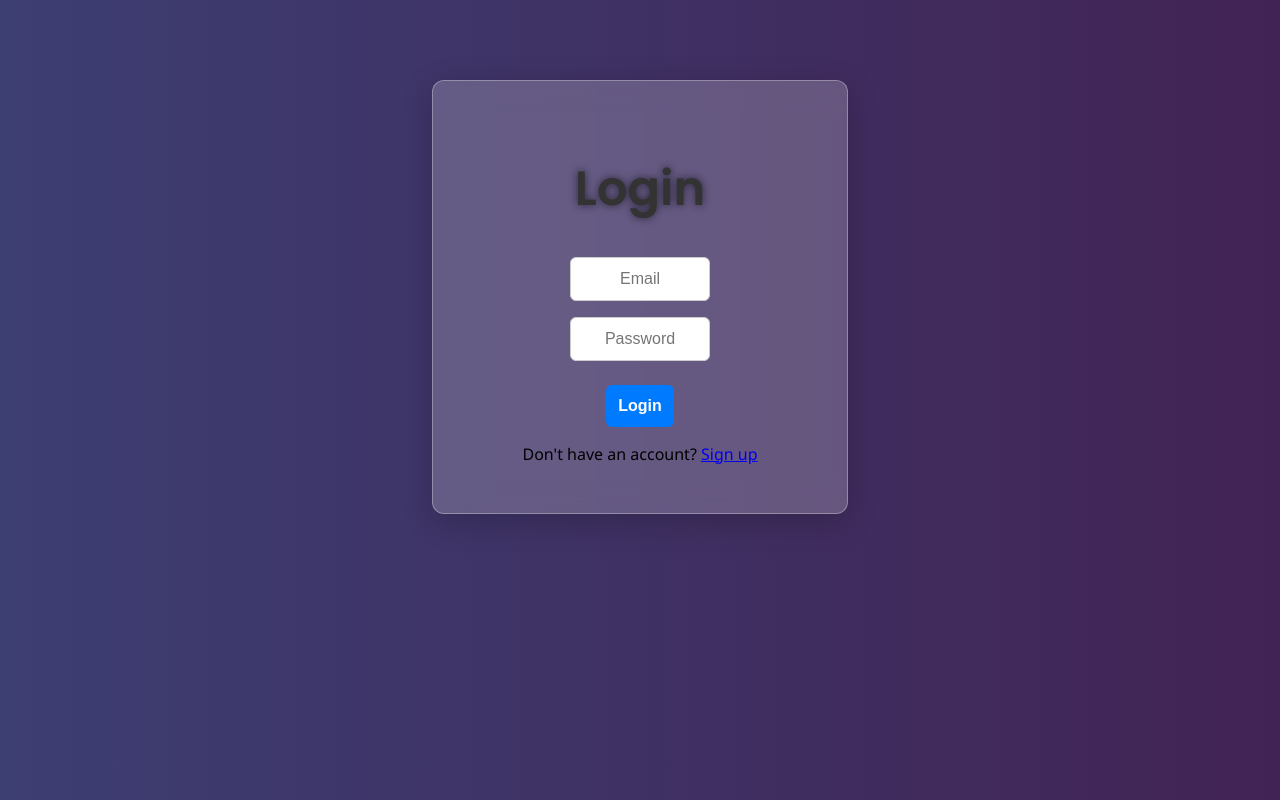
Repository: whoaditi/Hackhazard-Trio
Page: /
The author's editor kept a copy of each file at every save. The page is drawn from the files as they stood at one save, then again after a run of saves.
The browser window is 1280 px wide. The pictures show the whole page.
The project was rebuilt for these pictures with package versions that can differ from the ones it lists, and the page was loaded fresh each time. Also part of the build but not shown: vite.config.js, src/components/FormInput.jsx, src/pages/signUp.jsx, src/services/firebase.js, src/components/HabitCard.jsx, src/components/Header.jsx, src/pages/Dashboard.jsx.

Above is the page before, as saved 2025-04-26 23:00:46.

### src/App.jsx
// src/App.jsx
import React from 'react';
import { BrowserRouter as Router, Routes, Route } from 'react-router-dom';
import Login from './pages/Login';
import Signup from './pages/signUp';
import Dashboard from './pages/Dashboard';
import './styles/app.css'; // Import the styles

function App() {
  return (
    <Router>
      <div className="app-container">
        <Routes>
          {/* Route for the Login page */}
          <Route path="/" element={<Login />} />

          {/* Route for the Signup page */}
          <Route path="/signup" element={<Signup />} />

          {/* Route for the Dashboard page */}
          <Route path="/dashboard" element={<Dashboard />} />
        </Routes>
      </div>
    </Router>
  );
}

export default App;

### src/pages/Login.jsx
import { useState } from 'react';
// import { signInWithEmailAndPassword } from 'firebase/auth';
// import { auth } from '../services/firebase';
import { useNavigate } from 'react-router-dom';
import '../styles/app.css';

function Login() {
  const [error, setError] = useState('');
  const navigate = useNavigate();

  const handleLogin = async (e) => {
    e.preventDefault();
    setError('');
    const email = e.target.email.value;
    const password = e.target.password.value;

    try {
      await signInWithEmailAndPassword(auth, email, password);
      navigate('/dashboard');
    } catch (err) {
      setError('Invalid email or password.');
    }
  };

  return (
    <div className="container">
      <h2>Login</h2>
      <form onSubmit={handleLogin}>
        <input type="email" name="email" placeholder="Email" required /><br />
        <input type="password" name="password" placeholder="Password" required /><br />
        {error && <p style={{ color: 'red' }}>{error}</p>}
        <button type="submit">Login</button>
      </form>
      <p>Don't have an account? <a href="/signup">Sign up</a></p>
    </div>
  );
}

export default Login;

### src/styles/app.css
@import url('https://fonts.googleapis.com/css2?family=Poppins:wght@400;600&display=swap');


/* === Body Styling with Animated Background === */
body {
  margin: 0;
  padding: 0;
  font-family: 'Segoe UI', Tahoma, Geneva, Verdana, sans-serif;
  background: linear-gradient(270deg, #431d4e, #346da6, #431d4e);
  background-size: 600% 600%;
  animation: gradientAnimation 15s ease infinite;
  min-height: 100vh;
  position: relative;
  overflow-x: hidden;
}

/* Animate Background */
@keyframes gradientAnimation {
  0% {
    background-position: 0% 50%;
  }
  50% {
    background-position: 100% 50%;
  }
  100% {
    background-position: 0% 50%;
  }
}

/* === Container Styling === */
.container {
  width: 350px;
  margin: 5rem auto;
  padding: 2rem;
  background: rgba(255, 255, 255, 0.2); /* More transparent (20% white) */
  box-shadow: 0px 8px 32px 0 rgba(0, 0, 0, 0.2); /* subtle shadow */
  border-radius: 12px;
  text-align: center;
  backdrop-filter: blur(15px); /* stronger blur */
  -webkit-backdrop-filter: blur(15px); /* Safari support */
  border: 1px solid rgba(255, 255, 255, 0.3); /* soft border for glass effect */
  position: relative;
  z-index: 10;
}

h2, .header {
  font-size: 2rem;
  font-weight: bold;
  color: #d8d8ff;
  font-family: 'Poppins', sans-serif; /* <-- changed */
  margin-bottom: 1rem;
  text-align: center;
  text-shadow: 0 0 8px rgba(0, 0, 0, 0.6);
}



/* === Header, Titles === */
h2 {
  font-size: 3rem;
  font-weight: bold;
  color: #333;
  margin-bottom: 1.5rem;
}

.habit-cards-container{
  margin-top: 2rem;
  display: flex;
  flex-direction: column;
  gap: 1.5rem;
}

/* === Form Inputs === */
form input[type="email"],
form input[type="password"],
.add-habit-container input {
  width: 40%;
  padding: 0.75rem;
  margin: 0.5rem 0;
  border: 1px solid #ccc;
  border-radius: 6px;
  font-size: 1rem;
  box-sizing: border-box;
  text-align: center;
}

input:focus {
  outline: none;
  border-color: #e821f7;
  box-shadow: 0 0 7px rgba(231, 115, 241, 0.5);
}

/* === Buttons === */
form button,
.google-button,
.add-habit-container button {
  width: auto;
  padding: 0.75rem;
  margin-top: 1rem;
  background-color: #007bff;
  border: none;
  color: white;
  font-weight: bold;
  font-size: 1rem;
  border-radius: 6px;
  cursor: pointer;
  transition: background-color 0.3s ease;
}

form button:hover,
.google-button:hover,
.add-habit-container button:hover {
  background-color: #0056b3;
}

/* Google SignUp Button */
.google-button {
  background-color: #db4437;
}

.google-button:hover {
  background-color: #c23321;
}

/* === Habit Add Section === */
.add-habit-container {
  display: flex;
  flex-direction: column;
  align-items: center;
  gap: 1rem;
  margin: 2rem 0;
}

/* === Quote === */
.quote {
  font-size: 1.3rem;
  font-style: italic;
  text-align: center;
  margin-top: 1rem;
  color: #d8d8ff;
}

/* === Habit Card === */
.card {
  background: #ffffffcc;
  margin: 1rem 0;
  padding: 0.8rem 1rem;
  border-radius: 12px;
  box-shadow: 0 4px 12px rgba(0, 0, 0, 0.1);
  border-left: 5px solid #007bff;
  transition: transform 0.3s ease, box-shadow 0.3s ease;
}

.card h4 {
  margin: 0 0 0.5rem 0;
  font-size: 1.3rem;
  color: #222;
}

.card-footer {
  display: flex;
  align-items: center;
  justify-content: space-between;
  gap: 1rem;
  flex-wrap: wrap;
}

.card-buttons {
  display: flex;
  gap: 0.5rem;
  margin-top: 0.8rem;
}


.card:hover {
  transform: translateY(-5px);
  box-shadow: 0 12px 24px rgba(0, 0, 0, 0.15);
}

/* Habit Name inside card */
.card h4 {
  margin: 0;
  font-size: 1.4rem;
  color: #222;
}

/* Streak Text */
.streak {
  color: #666;
  font-size: 0.95rem;
}

.card-footer button {
  padding: 0.3rem 0.6rem;
  font-size: 0.9rem;
}

/* Buttons inside cards */
button.done {
  background-color: #28a745;
}

button.done:hover {
  background-color: #218838;
}

button.logout {
  background-color: #dc3545;
  margin-top: 1rem;
}

button.logout:hover {
  background-color: #c82333;
}

/* === Responsive for Mobile === */
@media (max-width: 500px) {
  .container {
    width: 90%;
    margin: 2rem auto;
  }

  .add-habit-container {
    flex-direction: column;
  }

  button {
    width: 100%;
  }
}

Loaded but not shown: index.html (common file); src/main.jsx (common file)

After the next 3 saves:
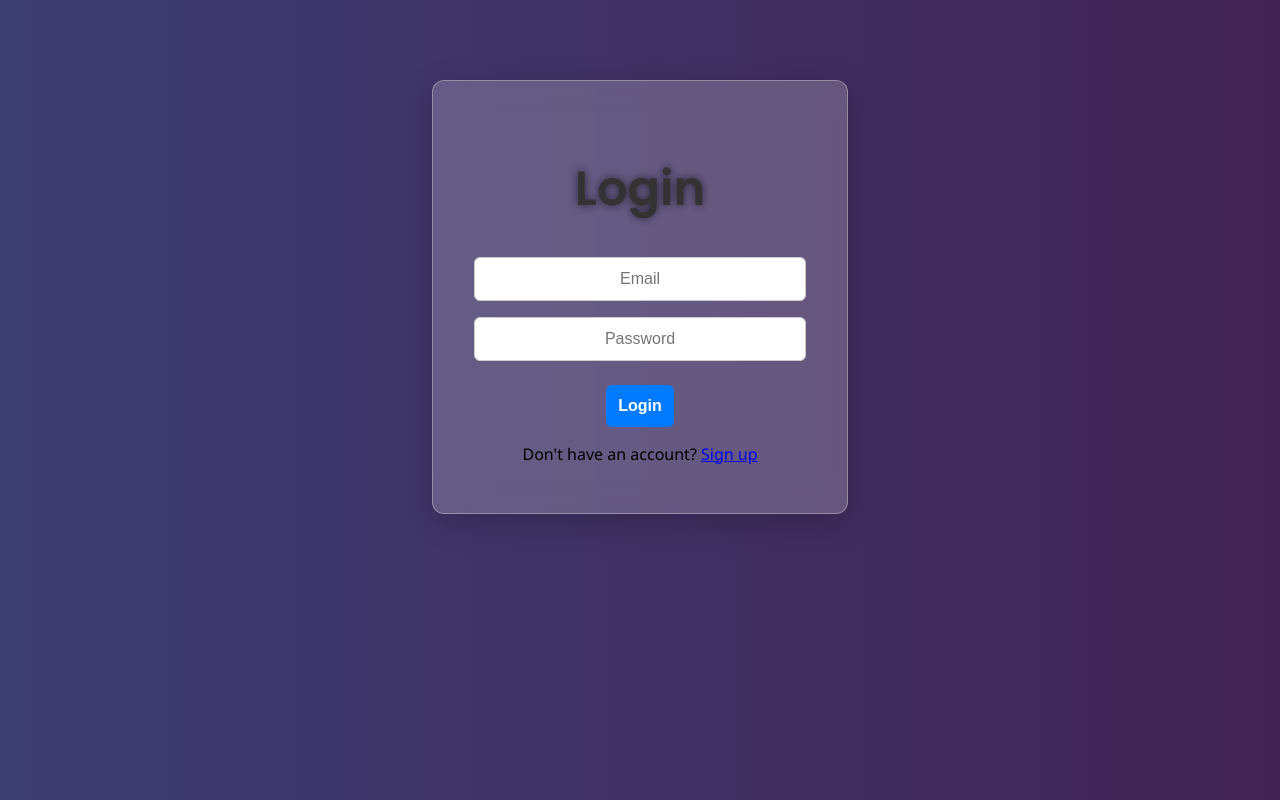
The 3 saves are shown as one change because they came seconds apart.
The last was saved 9 min 55 s later.
--- a/src/styles/app.css
+++ b/src/styles/app.css
@@ -74,7 +74,7 @@ h2 {
 form input[type="email"],
 form input[type="password"],
 .add-habit-container input {
-  width: 40%;
+  width: 95%;
   padding: 0.75rem;
   margin: 0.5rem 0;
   border: 1px solid #ccc;
